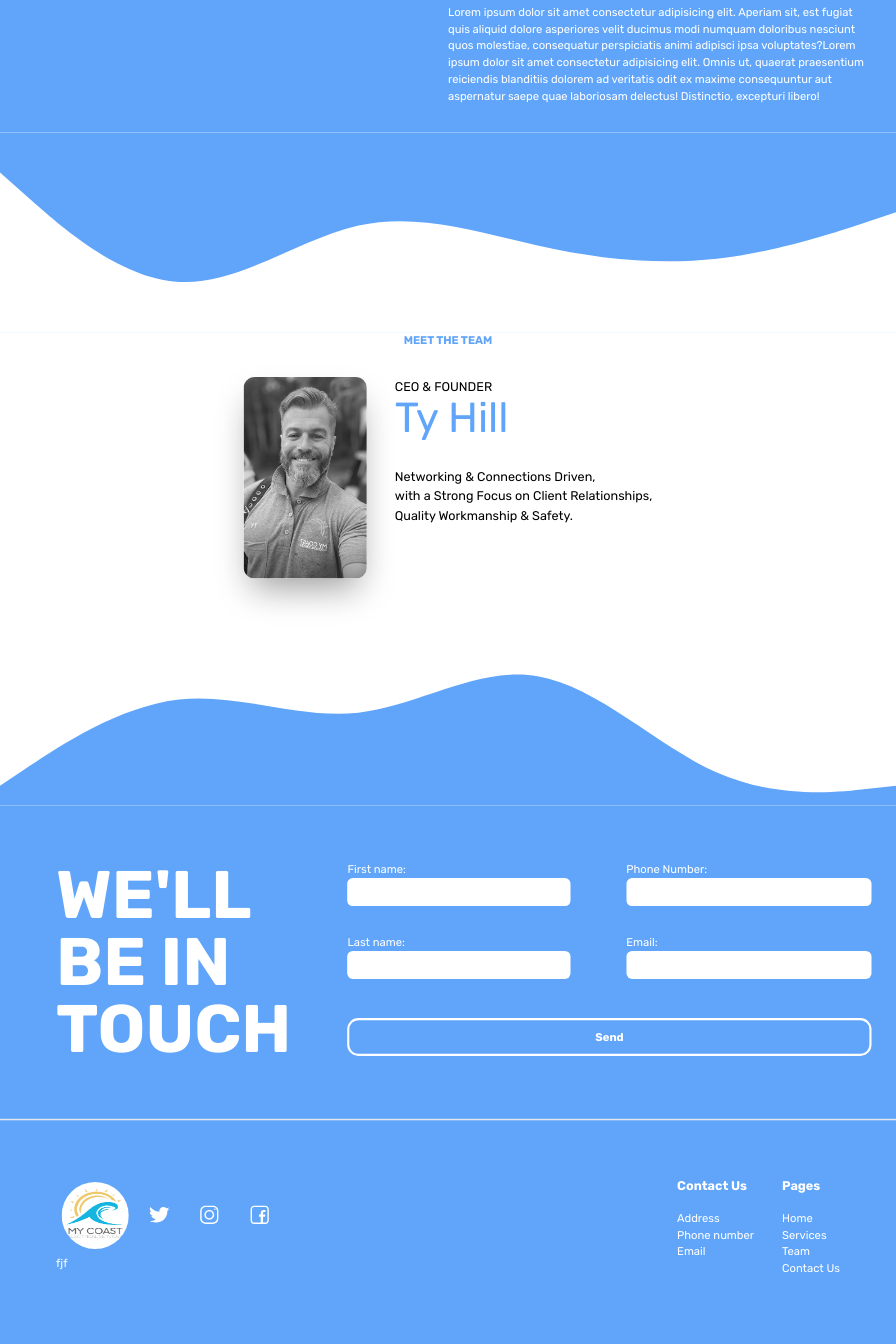
Repository: Jace-Kington/mce-website
Page: /
These files come from the project's save history. The page is drawn as it stood at one moment and after the next save; the edit follows.
The browser window is 1280 px wide. The pictures show the part of the page from y = 959 to 2879 px (the page is 2879 px tall), at 70% of full size.
The project was rebuilt for these pictures with package versions that can differ from the ones it lists, and the page was loaded fresh each time. The framework's server and built-in components were replaced by stand-ins that run in the browser. Also part of the build but not shown: next.config.js.

Above is the page before, as saved 2022-11-12 13:25:56.

After the next save:
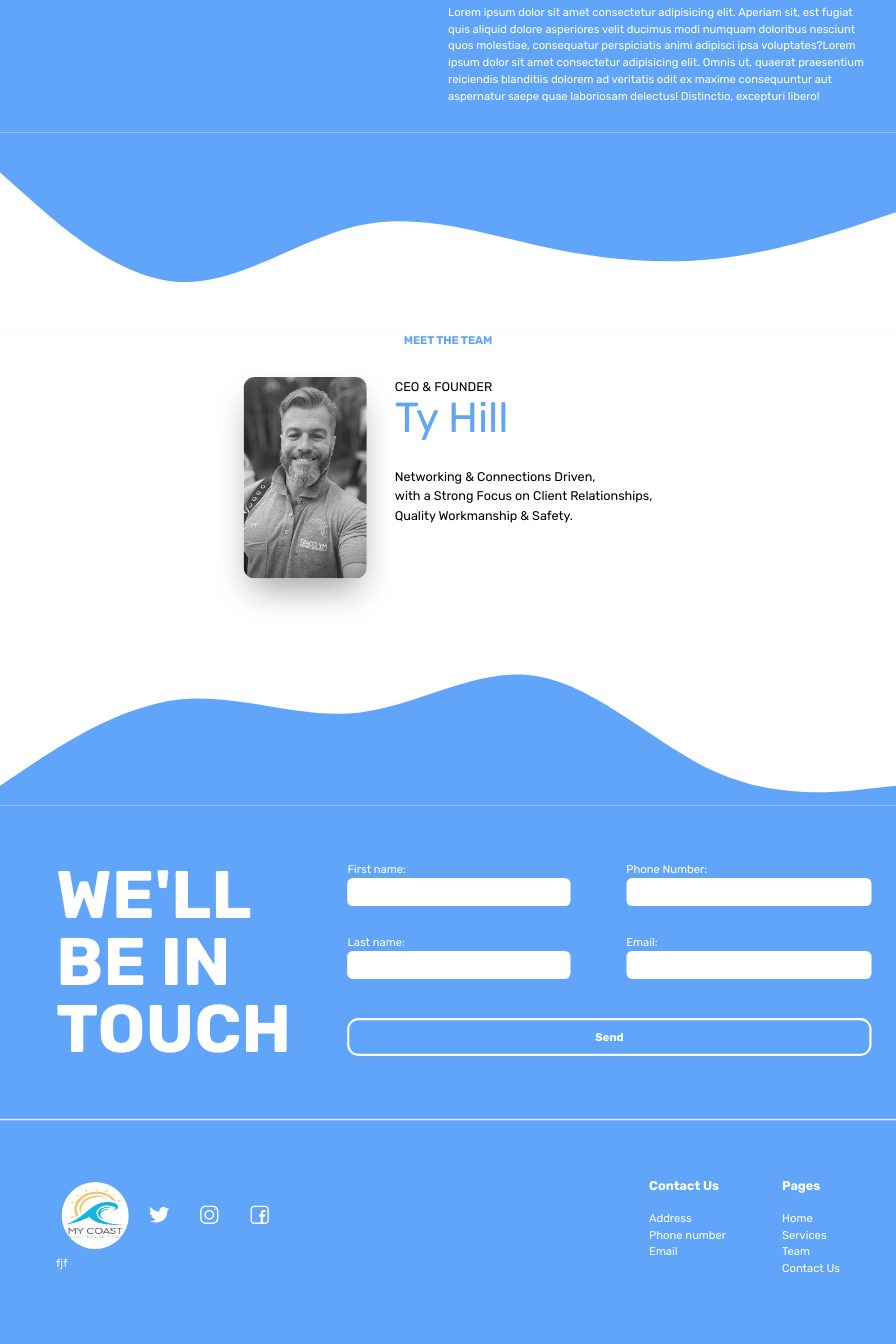
Saved 12 s later.
--- a/components/Footer.tsx
+++ b/components/Footer.tsx
@@ -23,7 +23,7 @@ const Footer = () => {
                 </div>
             </div>
 
-            <div className='flex gap-10'>
+            <div className='flex gap-20'>
                 <div className = ''>
                     <div className = 'text-lg font-bold pb-5'>
                         Contact Us
